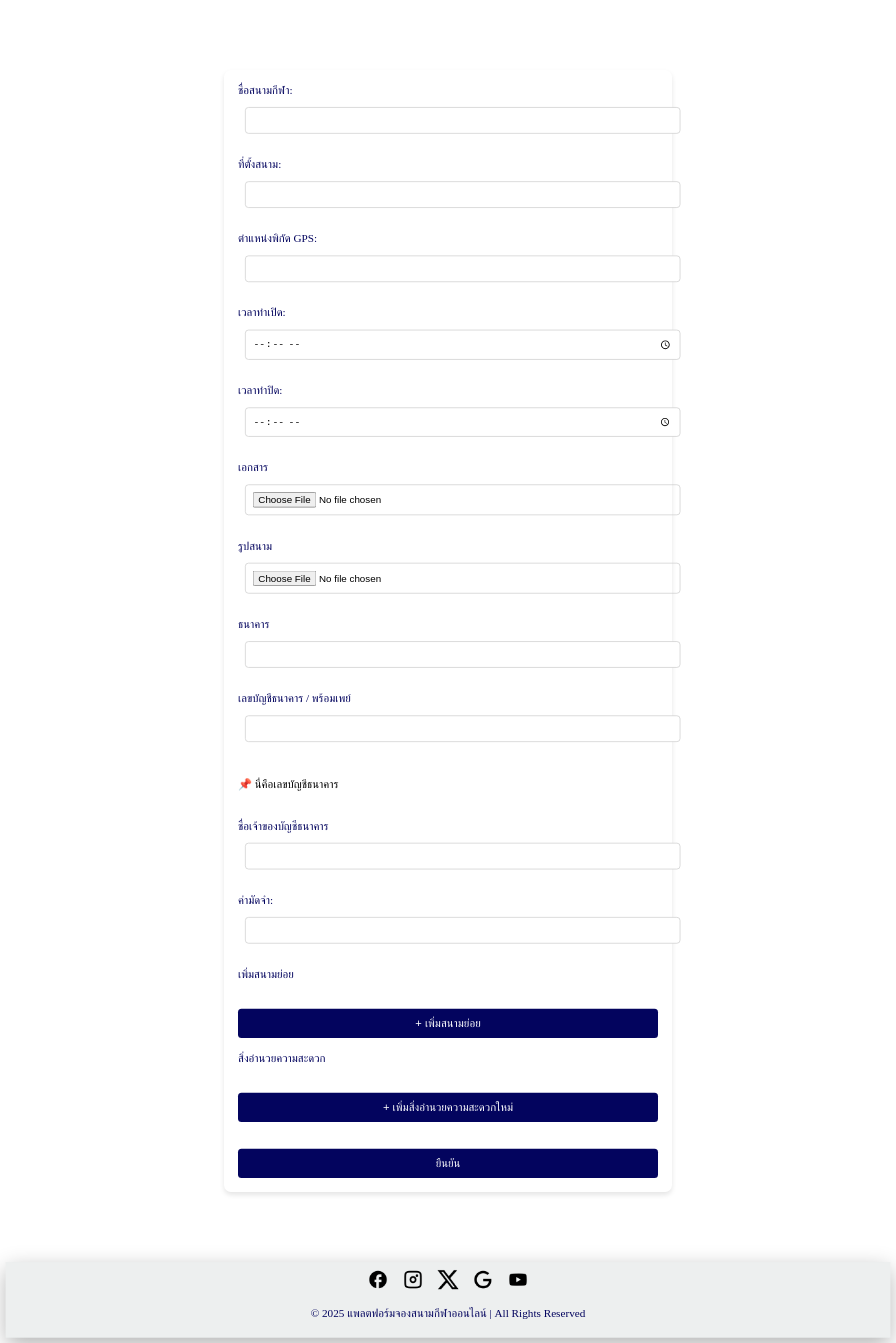
Repository: narawit101/project2
Page: /register-field (app in frontend/)
An editor plug-in stored every save of this project. The page is shown before and after the next save, followed by the edit.
The browser window is 1280 px wide. The pictures show the whole page, at 70% of full size.
The page's requests for data from a server got no answer. The project was rebuilt for these pictures with package versions that can differ from the ones it lists, and the page was loaded fresh each time. The framework's server and built-in components were replaced by stand-ins that run in the browser. No one was signed in, and anything a server would have sent is missing. Also part of the build but not shown: frontend/next.config.js, frontend/next.config.mjs, frontend/src/app/globals.css.

Above is the page before, as saved 2025-03-19 00:16:38.

After the next save:
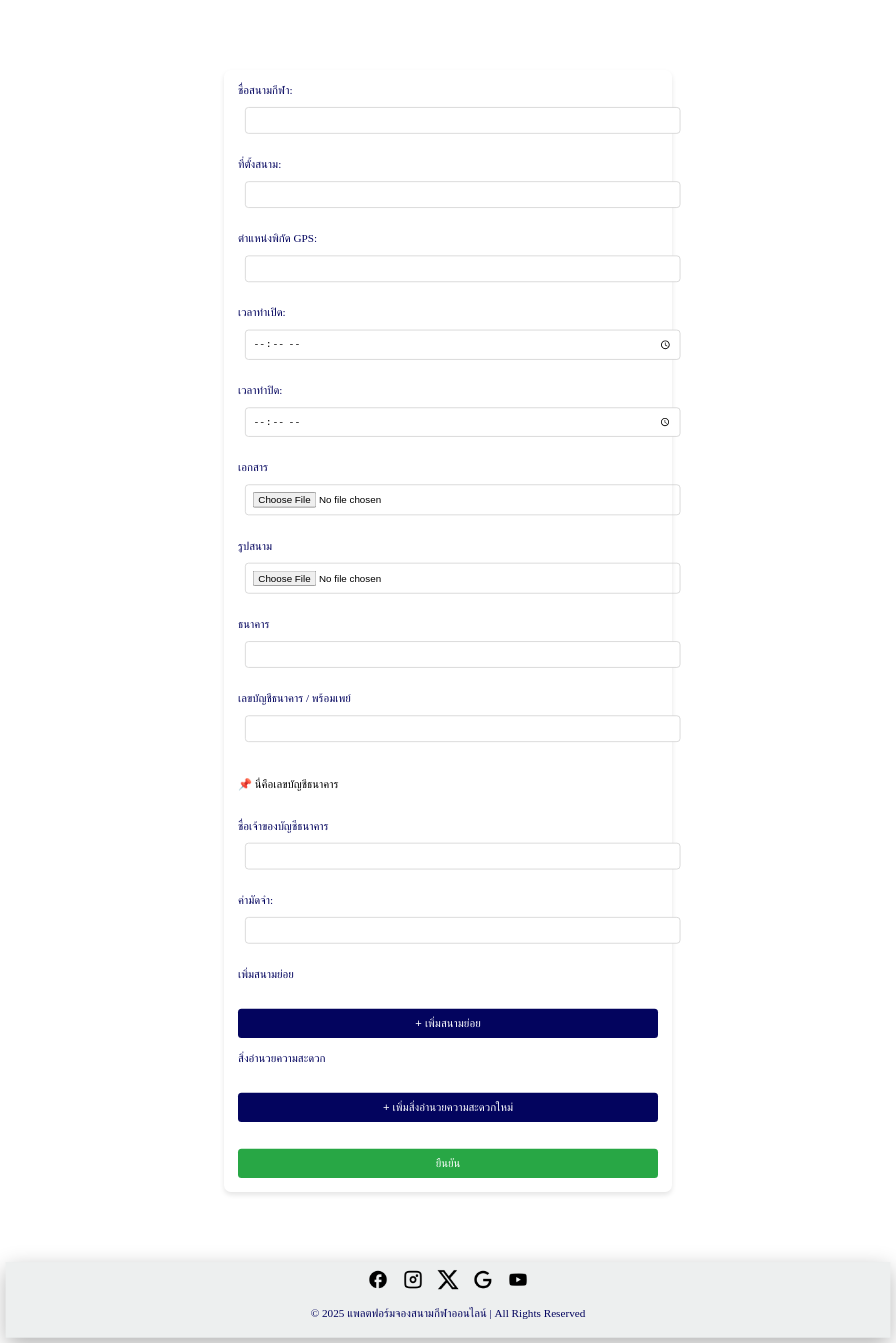
Saved 1 s later.
--- a/frontend/src/app/components/RegisterFieldForm.jsx
+++ b/frontend/src/app/components/RegisterFieldForm.jsx
@@ -520,7 +520,7 @@ export default function RegisterFieldForm() {
         )}
 
         <br />
-        <button type="submit">ยืนยัน</button>
+        <button className="submitbtn" type="submit">ยืนยัน</button>
       </form>
     </div>
   );
